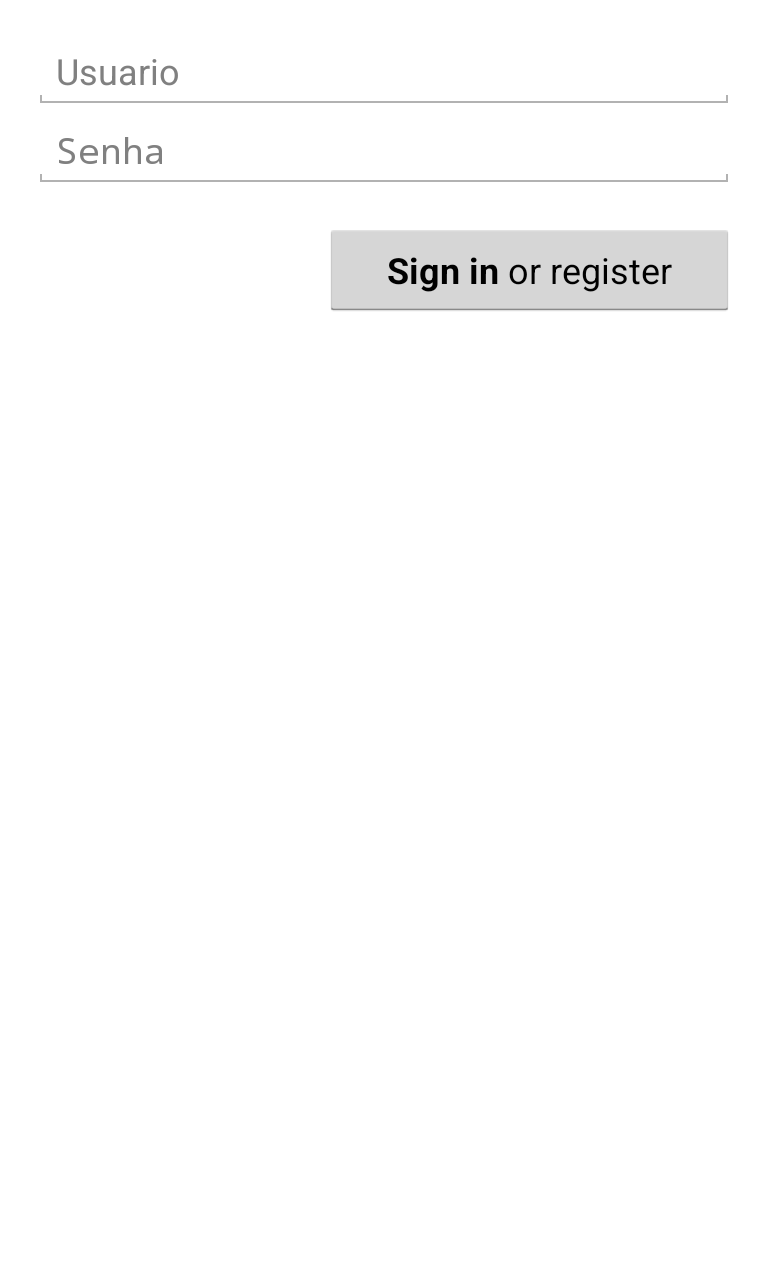
Repository: Lorvak/Pedido
Layout: workspace/Pedido/res/layout/activity_login.xml
The author's editor kept a copy of each file at every save. The layout is drawn from the files as they stood at one save, then again after the next save.
It is drawn on a 768 x 1280 px phone screen (xhdpi) without system bars, with theme AppTheme; the app's code is not run.

Above is the layout before, as saved 2012-11-23 11:49:27.

After the next save:
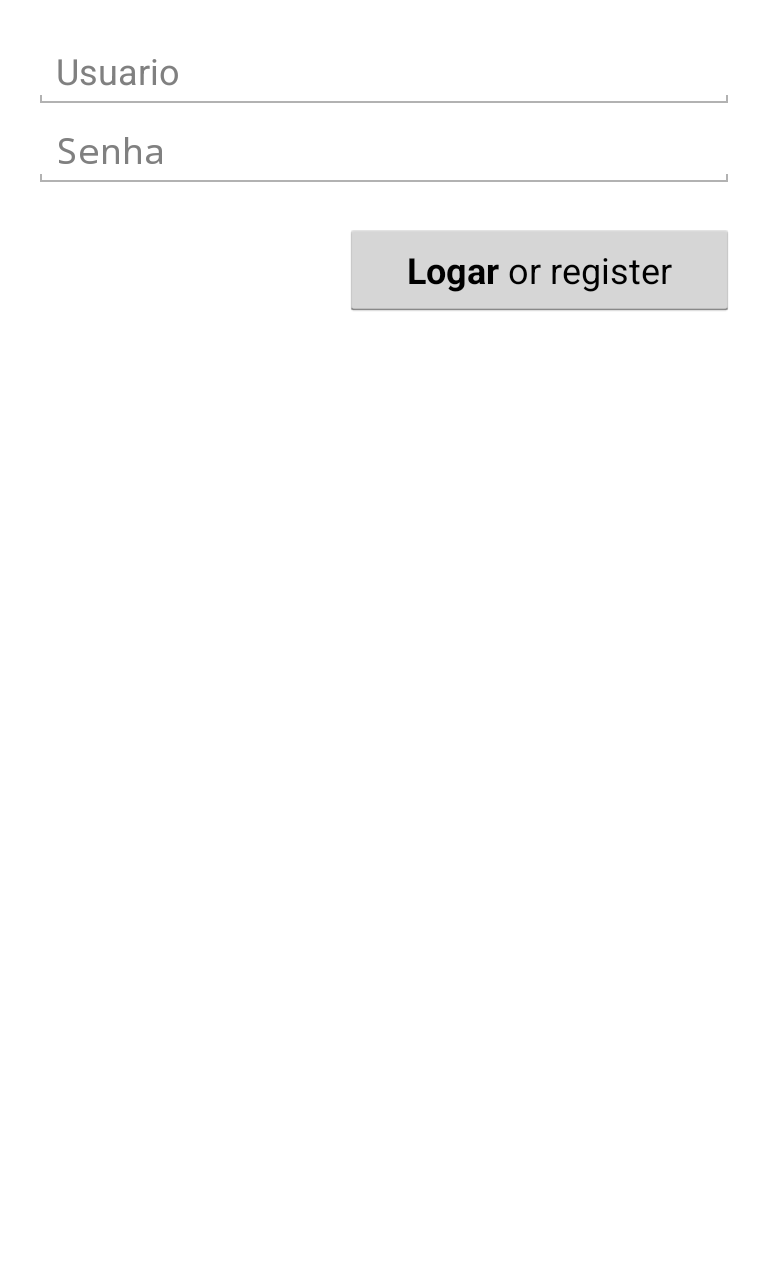
Saved 23 s later.
--- a/workspace/Pedido/res/values/strings_activity_login.xml
+++ b/workspace/Pedido/res/values/strings_activity_login.xml
@@ -3,8 +3,8 @@
     <!-- Strings related to login -->
     <string name="prompt_email">Email</string>
     <string name="prompt_password">Senha</string>
-    <string name="action_sign_in_register"><b>Sign in</b> or register</string>
-    <string name="action_sign_in_short">Logar</string>
+    <string name="action_sign_in_register"><b>Logar</b> or register</string>
+    <string name="action_sign_in_short">Sign in</string>
     <string name="menu_forgot_password">Recover lost password</string>
     <string name="login_progress_signing_in">Signing in&#8230;</string>
     <string name="error_invalid_email">This email address is invalid</string>
